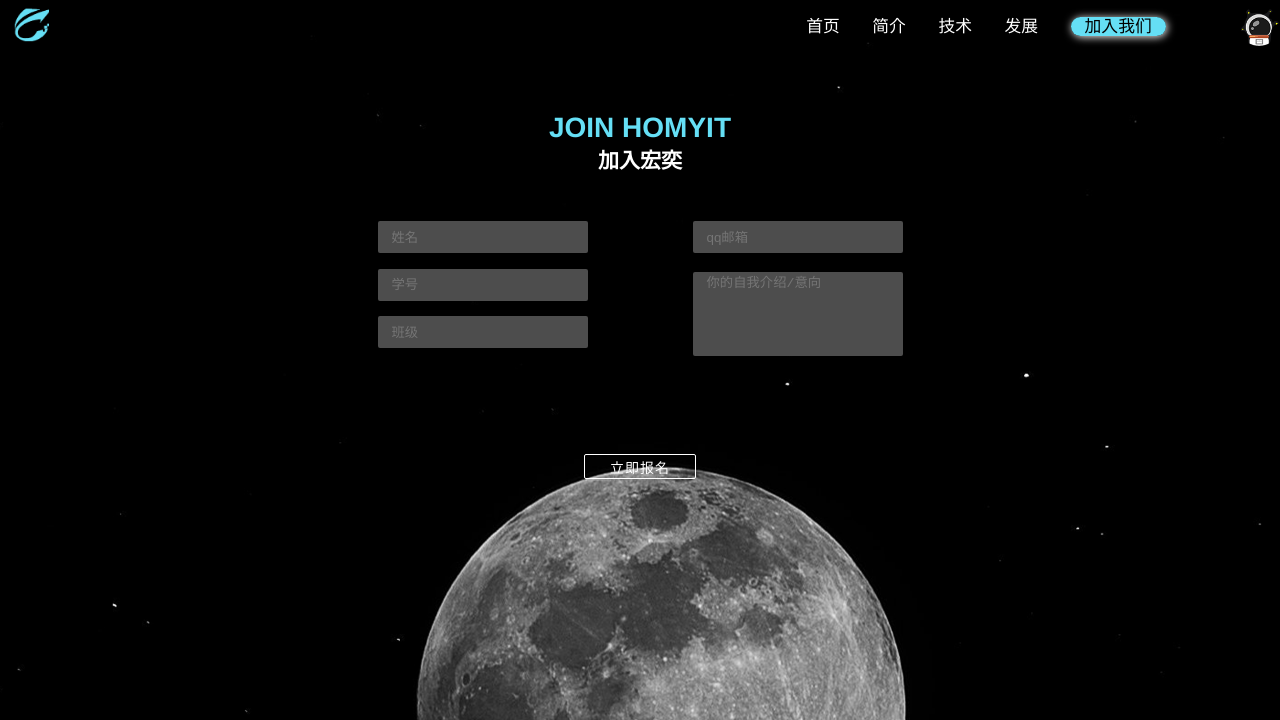
Repository: Homyit20/website
Page: /#/login
An editor plug-in stored every save of this project. The page is shown before and after the next save, followed by the edit.
The browser window is 1280 px wide. The pictures show the whole page.
The project was rebuilt for these pictures with package versions that can differ from the ones it lists, and the page was loaded fresh each time. Also part of the build but not shown: vue.config.js.

Above is the page before, as saved 2021-08-10 17:28:55.

After the next save:
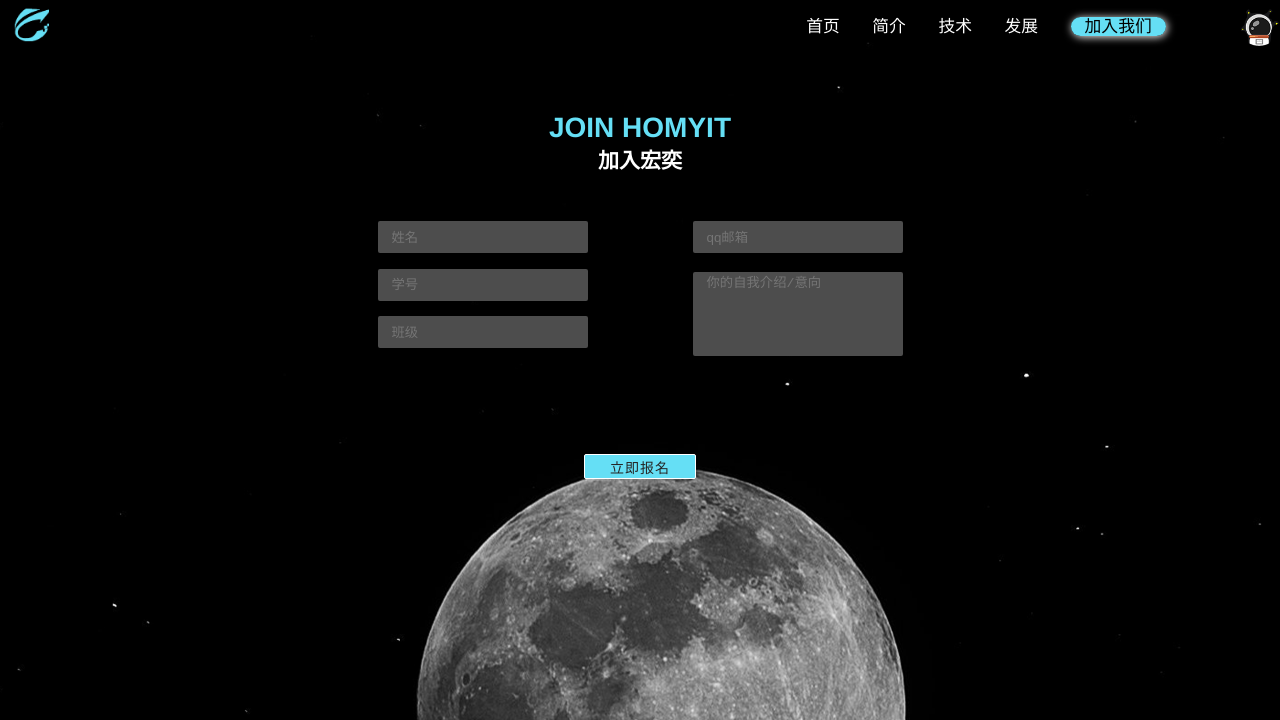
Saved 19 s later.
--- a/src/components/content/loginform.vue
+++ b/src/components/content/loginform.vue
@@ -312,7 +312,7 @@ export default {
   text-transform: uppercase;
   letter-spacing: 1px;
   animation: buttonanimate 2s backwards;
-  animation-fill-mode: backwards;
+  animation-fill-mode: forwards;
 }
 /* .login-button:hover {
   color: #262626;
@@ -344,6 +344,8 @@ export default {
       background: #65dff5;
   }
   100%{
+    color: #262626;
+      background: #65dff5;
   }
 }
   @keyframes buttonafter {
